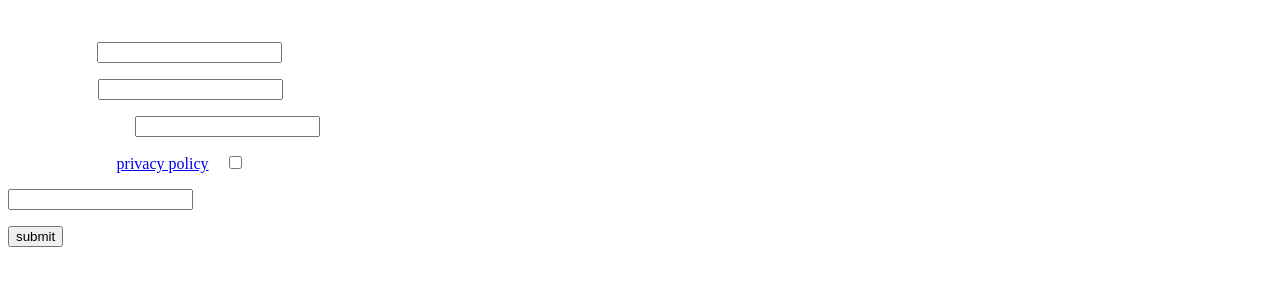
Repository: Rachael4life/Assignment-1
Page: starter-code/src/index.html
The author's editor kept a copy of each file at every save. The page is drawn from the files as they stood at one save, then again after the next save.
The browser window is 1280 px wide. The pictures show the whole page.

Above is the page before, as saved 2022-02-25 12:57:13.

### starter-code/src/index.html
<!DOCTYPE html>
<html lang="en">
<head>
    <meta charset="UTF-8">
    <meta http-equiv="X-UA-Compatible" content="IE=edge">
    <meta name="viewport" content="width=device-width, initial-scale=1.0">
    <link rel="stylesheet" href="style.css"
    <title>Assignment 1</title>
</head>
<body>
    <div id="ramyeon">
        <form class="kimchi">
            <div> <p></p>
                <label for="name">Your Name *</label>
                <input type="text" name="name" id="name" placeholder="">
            </div>
            <div> <p></p>
                <label for="email">Your Email *</label>
                <input type="text" name="email" id="email" placeholder="">
            </div>
            <div> <p></p>
                <label for="number">Activation Token *</label>
                <input type="number" name="activation token" id="name" placeholder="">
            </div>
            <div><p></p>
                You agree to the <a href="privacy policy">privacy policy</a> * <input type="checkbox">
            </div>
            <div><p></p>
                <input type="text">
            </div>
            <div><p></p>
                <button type="button">submit</button>
            </div>
        </form>
    </div>
</body>
</html>

### starter-code/src/style.css
body {
    color: white;
    background-image:;
}

After the next save:
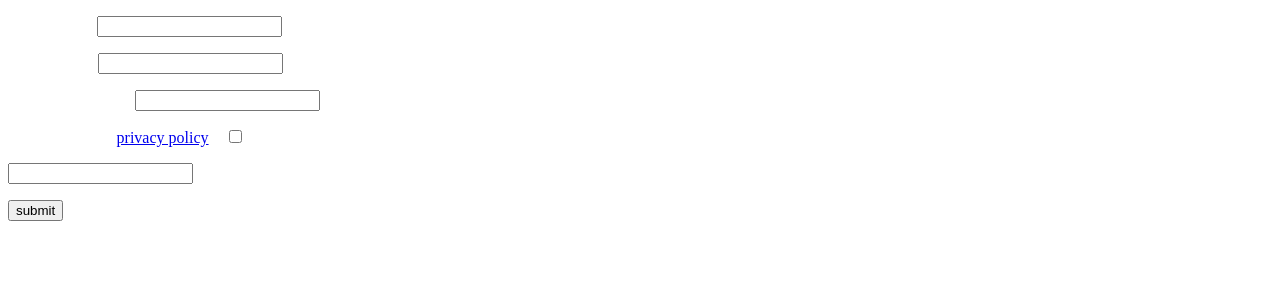
Saved 4 s later.
--- a/starter-code/src/index.html
+++ b/starter-code/src/index.html
@@ -4,7 +4,7 @@
     <meta charset="UTF-8">
     <meta http-equiv="X-UA-Compatible" content="IE=edge">
     <meta name="viewport" content="width=device-width, initial-scale=1.0">
-    <link rel="stylesheet" href="style.css"
+    <link rel="stylesheet" href="style.css">
     <title>Assignment 1</title>
 </head>
 <body>
